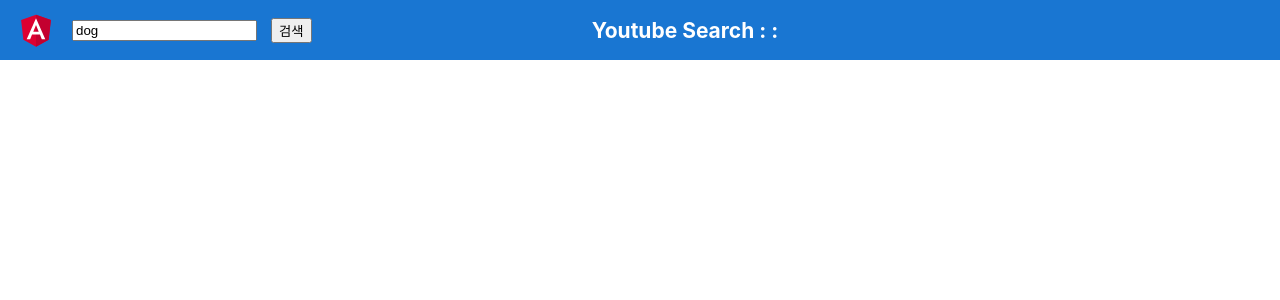
Repository: angular-weekely-toy/week10-rxjs-project
Page: / (app in youtube-example/)
These files come from the project's save history. The page is drawn as it stood at one moment and after the next save; the edit follows.
The browser window is 1280 px wide. The pictures show the whole page.
The page's requests for data from a server got no answer. The project was rebuilt for these pictures with package versions that can differ from the ones it lists, and the page was loaded fresh each time. No one was signed in, and anything a server would have sent is missing. Also part of the build but not shown: youtube-example/angular.json.

Above is the page before, as saved 2022-02-26 17:50:57.

### youtube-example/src/index.html
<!doctype html>
<html lang="en">
<head>
  <meta charset="utf-8">
  <title>YoutubeExample</title>
  <base href="/">
  <meta name="viewport" content="width=device-width, initial-scale=1">
  <link rel="icon" type="image/x-icon" href="favicon.ico">
</head>
<body>
  <app-root></app-root>
</body>
</html>

### youtube-example/src/app/app.module.ts
import { NgModule } from '@angular/core';
import { BrowserModule } from '@angular/platform-browser';
import { FormsModule, ReactiveFormsModule } from '@angular/forms';
import { AppRoutingModule } from './app-routing.module';
import { HttpClientModule, HTTP_INTERCEPTORS, HttpClient } from '@angular/common/http';
import { AppComponent } from './app.component';

@NgModule({
  declarations: [
    AppComponent
  ],
  imports: [
    BrowserModule,
    AppRoutingModule,
    HttpClientModule,
    FormsModule,
    ReactiveFormsModule
  ],
  providers: [],
  bootstrap: [AppComponent]
})
export class AppModule { }

### youtube-example/src/environments/environment.ts
// This file can be replaced during build by using the `fileReplacements` array.
// `ng build` replaces `environment.ts` with `environment.prod.ts`.
// The list of file replacements can be found in `angular.json`.

export const environment = {
  production: false,
  key: 'AIzaSyALnE4YcKrDM2rNRbyqEohzMgWJidT9Lxs',
  url: 'https://www.googleapis.com/youtube/v3/search'
};

/*
 * For easier debugging in development mode, you can import the following file
 * to ignore zone related error stack frames such as `zone.run`, `zoneDelegate.invokeTask`.
 *
 * This import should be commented out in production mode because it will have a negative impact
 * on performance if an error is thrown.
 */
// import 'zone.js/plugins/zone-error';  // Included with Angular CLI.

### youtube-example/src/app/app.component.ts
import { Component, OnInit } from '@angular/core';
import { YoutubeService } from './service/youtube.service'
import { FormBuilder, FormGroup  } from '@angular/forms';

@Component({
  selector: 'app-root',
  templateUrl: './app.component.html',
  styleUrls: ['./app.component.css'],
  providers: [YoutubeService],
})
export class AppComponent implements OnInit {
  title = 'Youtube Search : ';
  group: FormGroup;
  target: string = "";
  youtubeItem: string = "";
  youtubeList?: any[] = new Array();
  youtubeTitle?: String;

  constructor(private fb: FormBuilder, private youtubeService: YoutubeService) {
    this.group = this.fb.group({});

  }

  createForm() {
    this.group.addControl('search_text', this.fb.control('dog'));
  }

  ngOnInit(): void {
    this.createForm();
    this.target = this.group?.controls?.search_text?.value;
    this.search(this.target);
  }

  search(search: any) {
    this.searchList(search);
  }

  actionSubmit= () => {
    this.target = this.group?.controls?.search_text?.value;
    this.searchList(this.target);
  }

  searchList(searchText: any) {
    this.youtubeService.getSearchChannel(searchText)
      .toPromise()
      .then((data) => {
        this.youtubeTitle = searchText;
        console.log('items : ', data?.kind);
        this.youtubeList = data?.items;
        console.log('req -> ', data);
      })
      .catch((error) => {
        console.log('error - ', error);
      })
  }


}

### youtube-example/src/app/app.component.html

<!-- Toolbar -->
<form [formGroup]="group" (ngSubmit)="actionSubmit()">
  <div class="toolbar" role="banner">
    <img
      width="40"
      alt="Angular Logo"
      src="data:[embedded picture, 522 characters]"
    />

    <input type="text" formControlName="search_text"/>
    &nbsp;&nbsp;&nbsp;&nbsp;<button type="sbumit">검색</button>
    <span style="margin-left: 280px;"><h2>{{title}} : {{youtubeTitle}}</h2></span>
  </div>

  <div class="content" role="main">
    <ul>
      <li *ngFor="let youtubeItem of youtubeList" [value]="youtubeItem">
        <img src="{{youtubeItem.snippet.thumbnails.default.url}}"/>
        <a href="https://youtube.com/channel/{{youtubeItem.id.channelId}}" target="_blank">
          {{youtubeItem.snippet.channelTitle}}
        </a>
      </li>
    </ul>
  </div>
  </form>

### youtube-example/src/app/service/youtube.service.ts
import { Inject, Injectable } from '@angular/core';
import { HttpClient, HttpParams, HttpEvent, HttpHeaders } from '@angular/common/http';
import { Observable } from 'rxjs';
import { environment } from '../../environments/environment';

@Injectable()
export class YoutubeService {
    constructor(private http: HttpClient) {}

    getSearchChannel(q: string): Observable<any> {
        const url: string = environment.url + `?part=snippet&q=${q}&type=channel&key=${environment.key}`;
        let result: any;
        try {
            result = this.http.get<any>(url).pipe();
        } catch (e) {
            console.log('eeee', e);
        }
        return result;
    }
}

Loaded but not shown: youtube-example/src/styles.css (common file); youtube-example/src/main.ts (common file); youtube-example/src/app/app-routing.module.ts (common file); youtube-example/src/app/app.component.css (common file)

After the next save:
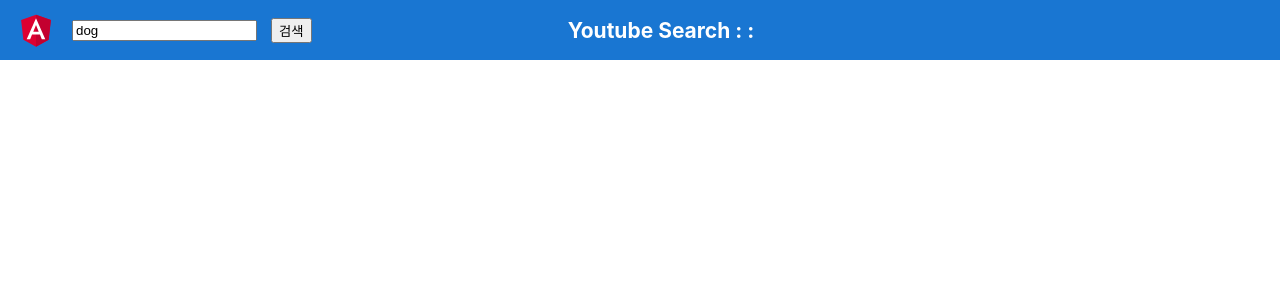
Saved 17 s later.
--- a/youtube-example/src/app/app.component.html
+++ b/youtube-example/src/app/app.component.html
@@ -10,7 +10,7 @@
 
     <input type="text" formControlName="search_text"/>
     &nbsp;&nbsp;&nbsp;&nbsp;<button type="sbumit">검색</button>
-    <span style="margin-left: 280px;"><h2>{{title}} : {{youtubeTitle}}</h2></span>
+    <span style="margin-left:20%"><h2>{{title}} : {{youtubeTitle}}</h2></span>
   </div>
 
   <div class="content" role="main">
